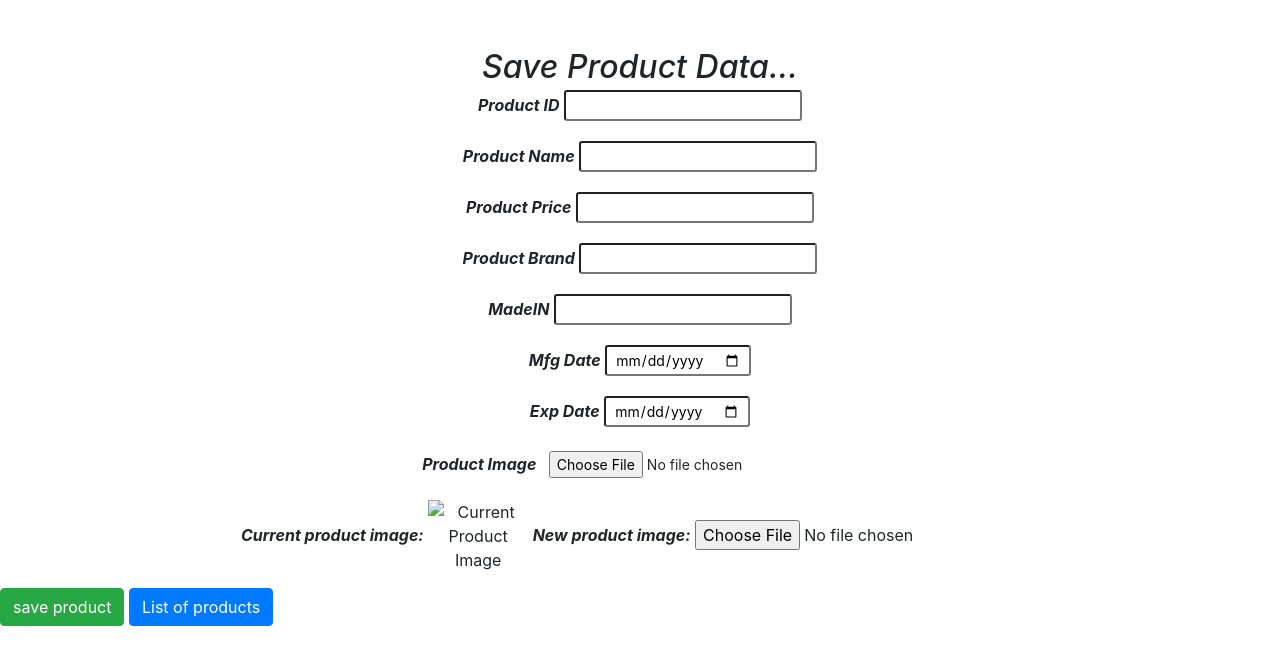
Repository: acharikammari/advjavapro
Page: http://localhost/Productprojectapp/Edit-form.jsp
An editor plug-in stored every save of this project. The page is shown before and after the next save, followed by the edit.
The browser window is 1280 px wide. The pictures show the whole page.
The page is served by Tomcat 9. Other server files are loaded and not shown. The template is opened directly, without the code that normally fills it, so the values that code supplies are empty.

Above is the page before, as saved 2024-03-07 12:45:04.

### Productprojectapp/src/main/webapp/Edit-form.jsp
<%@ page language="java" contentType="text/html; charset=UTF-8"
    pageEncoding="UTF-8"%>
<!DOCTYPE html>
<html>
<head>
<meta charset="UTF-8">
	<title>Edit the details</title>
	<!-- bootstrap cdn link to get the support of bootstrap -->
<link rel="stylesheet" href="https://stackpath.bootstrapcdn.com/bootstrap/4.5.2/css/bootstrap.min.css">
</head>
<body>

		<div class="cantainer mt-5 text-center">
		<h2 class="text-center font-italic mb-1">Save Product Data...</h2>
		<form method="post" action="./UpdateProductServlet" enctype="multipart/form-data" onsubmit="return validationForm()">

			<div class="form-group">
				<label class="font-italic font-weight-bold" for="proId">Product ID</label>
				<input type="text" class="form-control-sm" id="proId" name="proId" value="${existingproduct.proId}" required>
			</div>

			<div class="form-group">
				<label class="font-italic font-weight-bold" for="proName">Product Name</label>
				<input type="text" class="form-control-sm" id="proName" name="proName"  value="${existingproduct.proName}" required>
			</div>

			<div class="form-group">
				<label class="font-italic font-weight-bold" for="proPrice">Product Price</label>
				<input type="number" class="form-control-sm" id="proPrice" name="proPrice"  value="${existingproduct.proPrice}" required>
			</div>

			<div class="form-group">
				<label class="font-italic font-weight-bold" for="proBrand">Product Brand</label>
				<input type="text" class="form-control-sm" id="proBrand" name="proBrand" value="${existingproduct.proBrand}" required>
			</div>

			<div class="form-group">
				<label class="font-italic font-weight-bold" for="MadeIN">MadeIN</label>
				<input type="text" class="form-control-sm" id="MadeIN" name="MadeIN" value="${existingproduct.proMadeIn}" required>
			</div>

			<div class="form-group">
				<label class="font-italic font-weight-bold" for="mfgdate">Mfg Date</label>
				<input type="date" class="form-control-sm" id="mfgDate" name="mfgDate"  value="${existingproduct.proMfgDate}"  required>
			</div>

			<div class="form-group">
				<label class="font-italic font-weight-bold" for="expdate">Exp Date</label>
				<input type="date" class="form-control-sm" id="expDate" name="expDate"   value="${existingproduct.proExpDate}" required>
			</div>

			<div class="form-group">
				<label class="font-italic font-weight-bold" for="proimage">Product Image</label>
				<input type="file" class="form-control-sm" id="proimage" name="proimage"  accept="image/*">
			</div>

			<!-- Diapaly the current product image -->
			<div class="form-group">

			<label class="font-italic font-weight-bold" for="proimage">Current product image:</label>
			<img id="currentImage" src="data:[embedded picture, 86 characters]"
				alt="Current Product Image" style="max-width: 100px; max-height:100px;">
			<input type="hidden" id="existingImage" name="existingImage" value=${existingproduct.proImage}"/>

			</div>

			<!-- Allow the user to upload a new image -->

		<div class="form-group">
			<label class="font-italic font-weight-bold" for="newProImage">New product image:</label>
			<input type="file" class="form-control-file-sm" id="newProImage" name="newProImage accept="image/*">
		</div>






			</div>

			<div>
				<input type="submit" class="btn btn-success" value="save product"/>
				<a href="productlist.jsp" class="btn btn-primary">List of products</a>
			</div>
		</form>

</body>
</html>

After the next save:
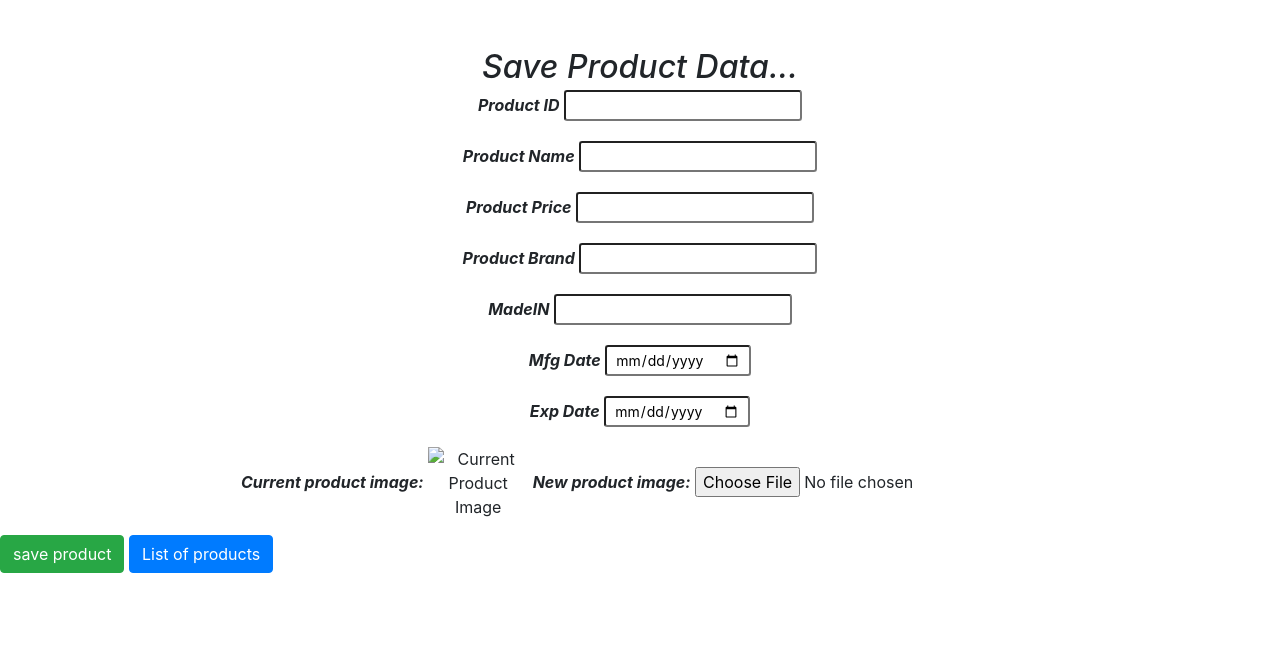
Saved 110 s later.
--- a/Productprojectapp/src/main/webapp/Edit-form.jsp
+++ b/Productprojectapp/src/main/webapp/Edit-form.jsp
@@ -49,10 +49,10 @@
 				<input type="date" class="form-control-sm" id="expDate" name="expDate"   value="${existingproduct.proExpDate}" required>
 			</div>
 
-			<div class="form-group">
+			<!--  <div class="form-group">
 				<label class="font-italic font-weight-bold" for="proimage">Product Image</label>
 				<input type="file" class="form-control-sm" id="proimage" name="proimage"  accept="image/*">
-			</div>
+			</div>-->
 
 			<!-- Diapaly the current product image -->
 			<div class="form-group">
